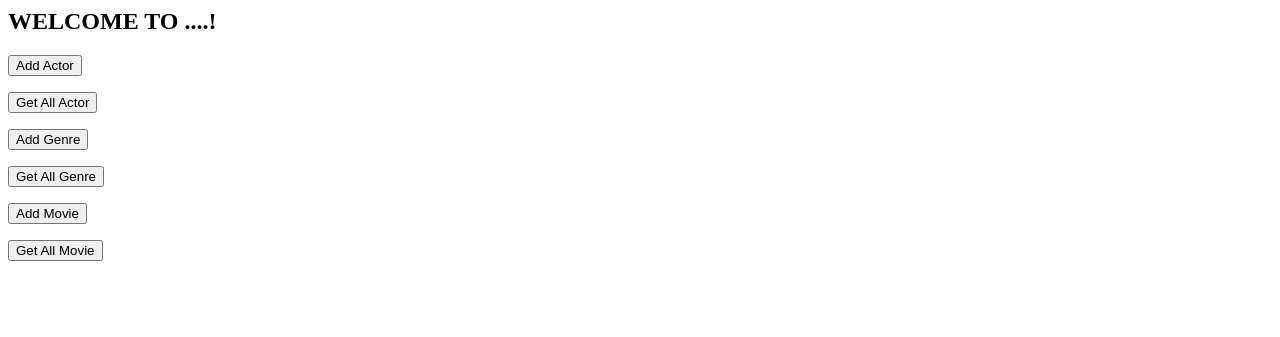
Repository: anoop600/discussionAll
Page: http://localhost/DiscussionMCV/
These files come from the project's save history. The page is drawn as it stood at one moment and after a run of saves; the edit follows.
The browser window is 1280 px wide. The pictures show the whole page.
The page is served by Tomcat 9.

Above is the page before, as saved 2019-01-03 16:32:05.

After the next 2 saves:
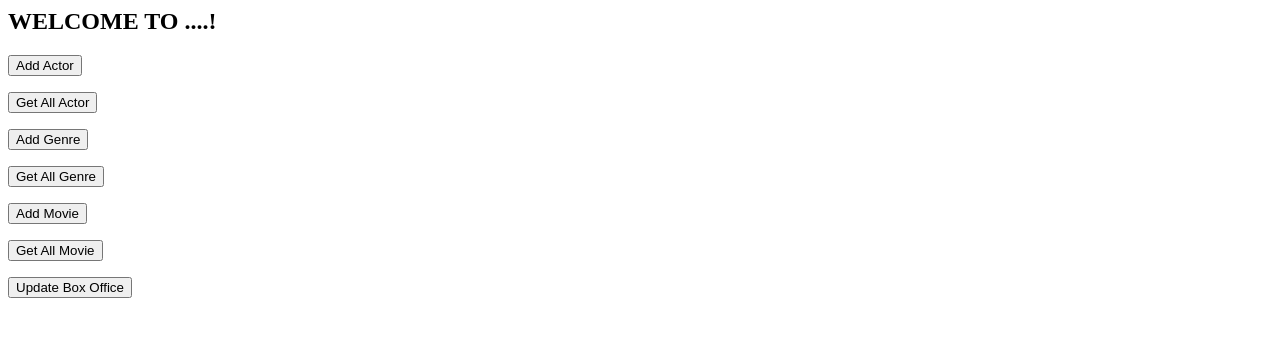
The 2 saves are shown as one change because they came seconds apart.
The last was saved 32 s later.
--- a/DiscussionMCV/src/main/webapp/index.jsp
+++ b/DiscussionMCV/src/main/webapp/index.jsp
@@ -1,6 +1,6 @@
 <html>
 <body>
-${message}
+	${message}
 	<h2>WELCOME TO ....!</h2>
 	<form action="addActor1.html">
 		<input type="submit" value="Add Actor" />
@@ -23,5 +23,8 @@ ${message}
 	<form action="getAllMovieDetails1.html">
 		<input type="submit" value="Get All Movie" />
 	</form>
+	<form action="updateBoxOffice.html">
+		<input type="submit" value="Update Box Office" />
+	</form>
 </body>
 </html>
